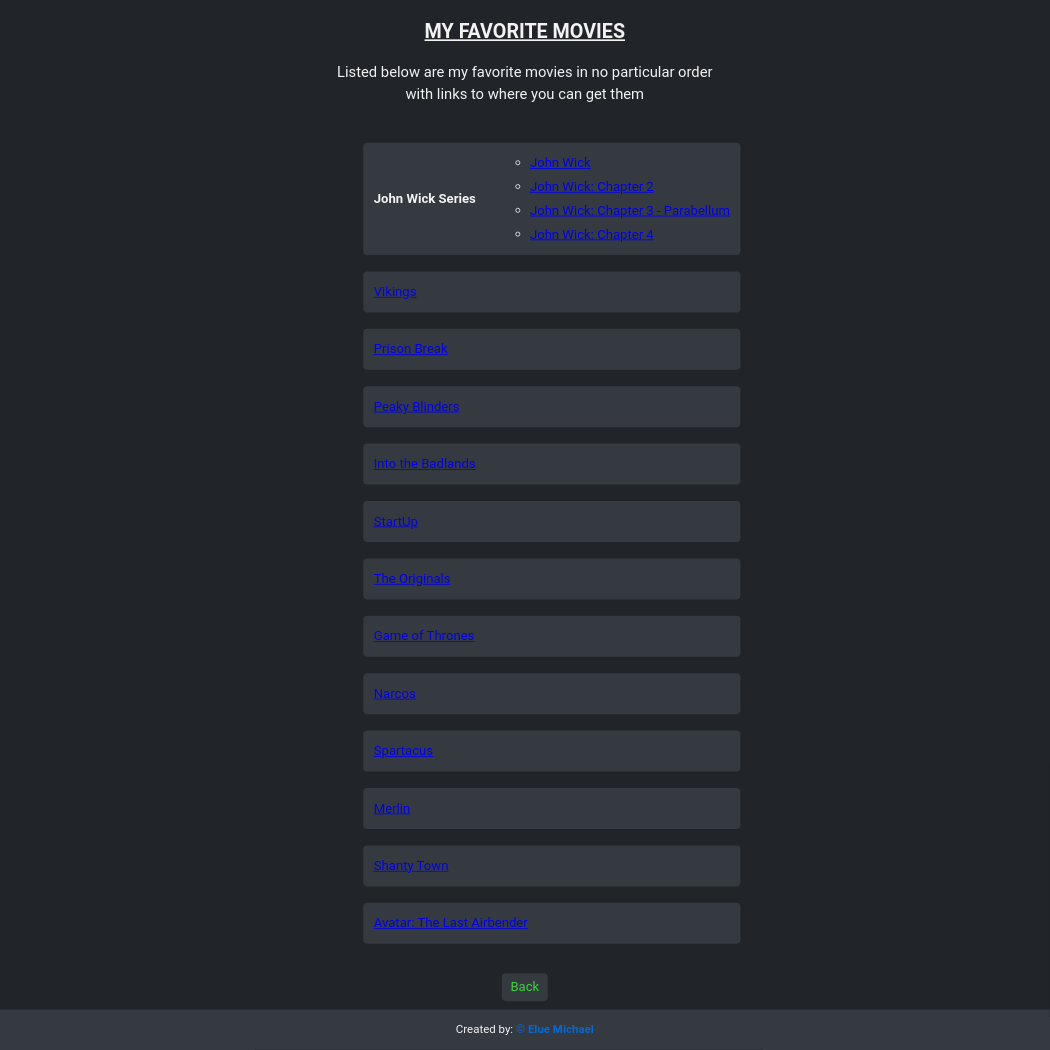
Repository: MikkyPrestige/html-website
Page: pages/movies.html
These files come from the project's save history. The page is drawn as it stood at one moment and after the next save; the edit follows.
The browser window is 1280 px wide. The pictures show the whole page, at 82% of full size.

Above is the page before, as saved 2023-04-29 14:02:11.

### pages/movies.html
<!DOCTYPE html>
<html lang="en">

<head>
  <meta charset="UTF-8">
  <meta http-equiv="X-UA-Compatible" content="IE=edge">
  <meta name="viewport" content="width=device-width, initial-scale=1.0">
  <title>Movies</title>
  <link rel="stylesheet" href="../index.css">
</head>

<body>
  <main class="main">
    <section class="section">
      <div class="fav">
        <h1 class="fav-heading"><u>My Favorite Movies</u></h1>
        <p class="fav-subheading">Listed below are my favorite movies in no particular order with links to where you can
          get them</p>
      </div>
      <ul class="movie-lists">
        <li class="movie-list"><strong>John Wick Series</strong>
          <ul class="list--lists">
            <li class="list-item">
              <a href="https://www.imdb.com/title/tt2911666/?ref_=fn_al_tt_2" target="_blank" class="movie-link">John
                Wick</a>
            </li>
            <li class="list-item">
              <a href="https://www.imdb.com/title/tt4425200/?ref_=fn_al_tt_3" target="_blank" class="movie-link">John
                Wick: Chapter 2</a>
            </li>
            <li class="list-item">
              <a href="https://www.imdb.com/title/tt6146586/?ref_=fn_al_tt_4" target="_blank" class="movie-link">John
                Wick: Chapter 3 -
                Parabellum</a>
            </li>
            <li class="list-item">
              <a href="https://www.imdb.com/title/tt10366206/?ref_=fn_al_tt_1" target="_blank" class="movie-link">John
                Wick: Chapter 4</a>
            </li>
          </ul>
        </li>
        <li class="movie-list">
          <a href="https://www.imdb.com/title/tt4620502/?ref_=ttpl_ov" target="_blank" class="movie-link">Vikings</a>
        </li>
        <li class="movie-list">
          <a href="https://www.imdb.com/title/tt0455275/?ref_=fn_al_tt_1" target="_blank" class="movie-link">Prison
            Break</a>
        </li>
        <li class="movie-list">
          <a href="https://www.imdb.com/title/tt2442560/?ref_=tt_sims_tt_i_1" target="_blank" class="movie-link">Peaky
            Blinders</a>
        </li>
        <li class="movie-list">
          <a href="https://www.imdb.com/title/tt3865236/?ref_=nv_sr_srsg_1_tt_7_nm_0_q_into%2520the%2520bad"
            target="_blank" class="movie-link">Into the Badlands</a>
        </li>
        <li class="movie-list">
          <a href="https://www.imdb.com/title/tt5028002/?ref_=fn_al_tt_1" target="_blank" class="movie-link">StartUp</a>
        </li>
        <li class="movie-list">
          <a href="https://www.imdb.com/title/tt2632424/?ref_=tt_mv_close" target="_blank" class="movie-link">The
            Originals</a>
        </li>
        <li class="movie-list">
          <a href="https://www.imdb.com/title/tt0944947/?ref_=tt_sims_tt_i_4" target="_blank" class="movie-link">Game of
            Thrones</a>
        </li>
        <li class="movie-list">
          <a href="https://www.imdb.com/title/tt2707408/" target="_blank" class="movie-link">Narcos</a>
        </li>
        <li class="movie-list">
          <a href="https://www.imdb.com/title/tt1442449/?ref_=nv_sr_srsg_0_tt_7_nm_1_q_Spartacus" target="_blank"
            class="movie-link">Spartacus</a>
        </li>
        <li class="movie-list">
          <a href="https://www.imdb.com/title/tt1199099/?ref_=nv_sr_srsg_0_tt_2_nm_6_q_Merlin"
            target="_blank">Merlin</a>
        </li>
        <li class="movie-list">
        <a href="https://www.imdb.com/title/tt22099034/?ref_=nv_sr_srsg_0_tt_8_nm_0_q_shanty%2520town" target="_blank"
          class="movie-link">Shanty Town</a>
        </li>
        <li class="movie-list">
          <a href="https://www.imdb.com/title/tt0417299/?ref_=nv_sr_srsg_0_tt_7_nm_1_q_Avatar%2520the%2520last"
            target="_blank" class="movie-link">Avatar: The Last Airbender</a>
        </li>
      </ul>
      <div class="back">
        <a href="../index.html" class="back-link">Back</a>
      </div>
    </section>
    <footer class="footer">
      <p class="footer-text">Created by: <a href="#" target="_blank" class="footer-link">
          &copy; <strong>Elue Michael</strong>
        </a>
      </p>
    </footer>
  </main>
</body>

</html>

### index.css
body {
  background-color: #212529;
  font-family: 'Roboto', sans-serif;
  font-size: 16px;
  font-weight: 400;
  line-height: 1.5;
  color: #f3f3f3;
  text-align: left;
  margin: 0;
  padding: 0;
  width: 100%;
  height: 100vh;
}

.main {
  display: flex;
  flex-direction: column;
  justify-content: space-between;
  align-items: center;
  height: 100%;
}

.section {
  display: flex;
  flex-direction: column;
  justify-content: center;
  align-items: center;
  width: 100%;
}

.btn {
  background-color: #007bff;
  padding: 5px;
  border-radius: 5px;
  transition: all .15s ease-in-out;
  border: none;
  outline: none;
  margin: -20px 0 50px 0;
}

.btn:hover {
  background-color: #0069d9;
}

.btn-link {
  color: #f3f3f3;
  font-size: 14px;
  text-decoration: none;
  cursor: pointer;
}

.section1 {
  display: flex;
  flex-direction: column;
  justify-content: center;
  align-items: center;
}

.section1-header {
  font-size: 24px;
  font-weight: 700;
  margin-bottom: 5px;
  text-transform: uppercase;
}

.section1-content {
  display: flex;
  justify-content: space-around;
  align-items: center;
  width: 100%;
}

.section1-text {
  font-size: 18px;
  font-weight: 400;
}

.section1-link,
.section1-link:link,
.section1-link:visited {
  color: #0069d9;
  text-decoration: none;
  cursor: pointer;
}

.section1-link:hover {
  text-decoration: underline;
  color: #f3f3f3;
}

/* BOOKS CSS */
.fav {
  display: flex;
  flex-direction: column;
  justify-content: center;
  align-items: center;
}

.fav-heading {
  font-size: 24px;
  font-weight: 700;
  margin-bottom: 0px;
  text-transform: uppercase;
}

.fav-subheading {
  font-size: 18px;
  font-weight: 400;
  margin-bottom: 30px;
  width: 65%;
  text-align: center;
}

.books-lists {
  display: flex;
  flex-direction: column;
  justify-content: center;
  align-items: center;
  gap: 20px;
  list-style: none;
}

.books-item {
  width: 100%;
  max-width: 500px;
  padding: 13px;
  border-radius: 5px;
  background-color: #343a40;
}

.books-item:hover {
  background-color: #212529;
}

.books-link,
.books-link:link,
.books-link:visited {
  color: #f3f3f3;
  text-decoration: none;
  cursor: pointer;
}

.books-link:hover {
  text-decoration: underline;
}

.movie-lists {
  display: flex;
  flex-direction: column;
  justify-content: center;
  gap: 20px;
  list-style: none;
}

.movie-list {
  display: flex;
  justify-content: space-between;
  align-items: center;
  width: 100%;
  max-width: 500px;
  padding: 13px;
  border-radius: 5px;
  background-color: #343a40;
}

.list--lists {
  display: flex;
  flex-direction: column;
  justify-content: center;
  gap: 5px;
}









.back {
  margin: 20px 0 10px 0;
  padding: 5px 10px;
  border-radius: 5px;
  background-color: #343a40;
}

.back:hover {
  background-color: #212529;
}

.back-link {
  color: #3dd638;
  text-decoration: none;
  cursor: pointer;
}

.back-link:hover {
  text-decoration: underline;
}

.footer {
  display: flex;
  justify-content: center;
  align-items: center;
  width: 100%;
  height: 50px;
  background-color: #343a40;
}

.footer-text {
  font-size: 14px;
  font-weight: 400;
  color: #f3f3f3;
}

.footer-link {
  color: #0069d9;
  text-decoration: none;
  cursor: pointer;
}

After the next save:
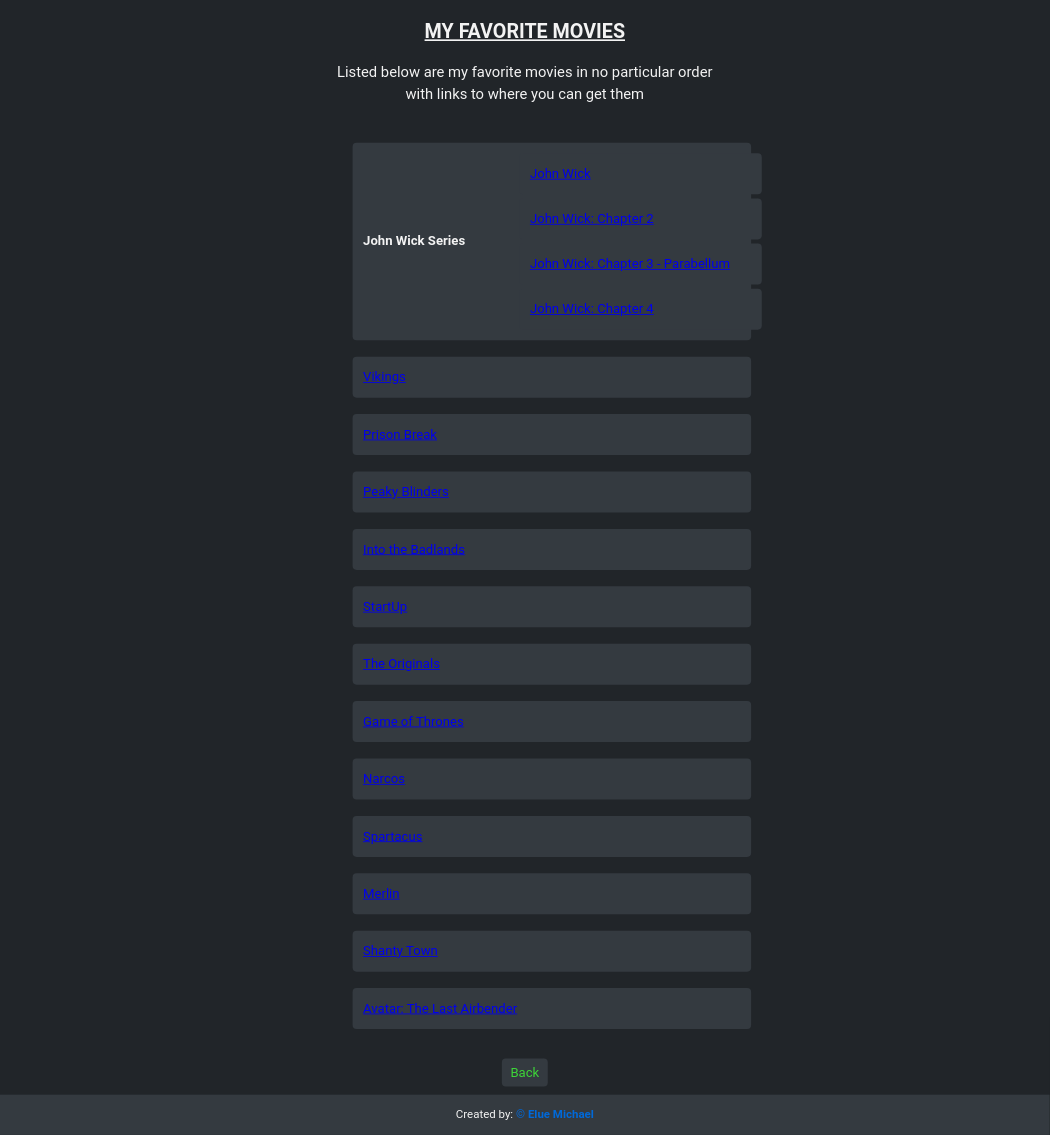
Saved 19 s later.
--- a/index.css
+++ b/index.css
@@ -170,6 +170,16 @@
   gap: 5px;
 }
 
+.list-item {
+  display: flex;
+  justify-content: space-between;
+  align-items: center;
+  width: 100%;
+  max-width: 500px;
+  padding: 13px;
+  border-radius: 5px;
+  background-color: #343a40;
+}
 
 
 

After the 2 saves that followed:
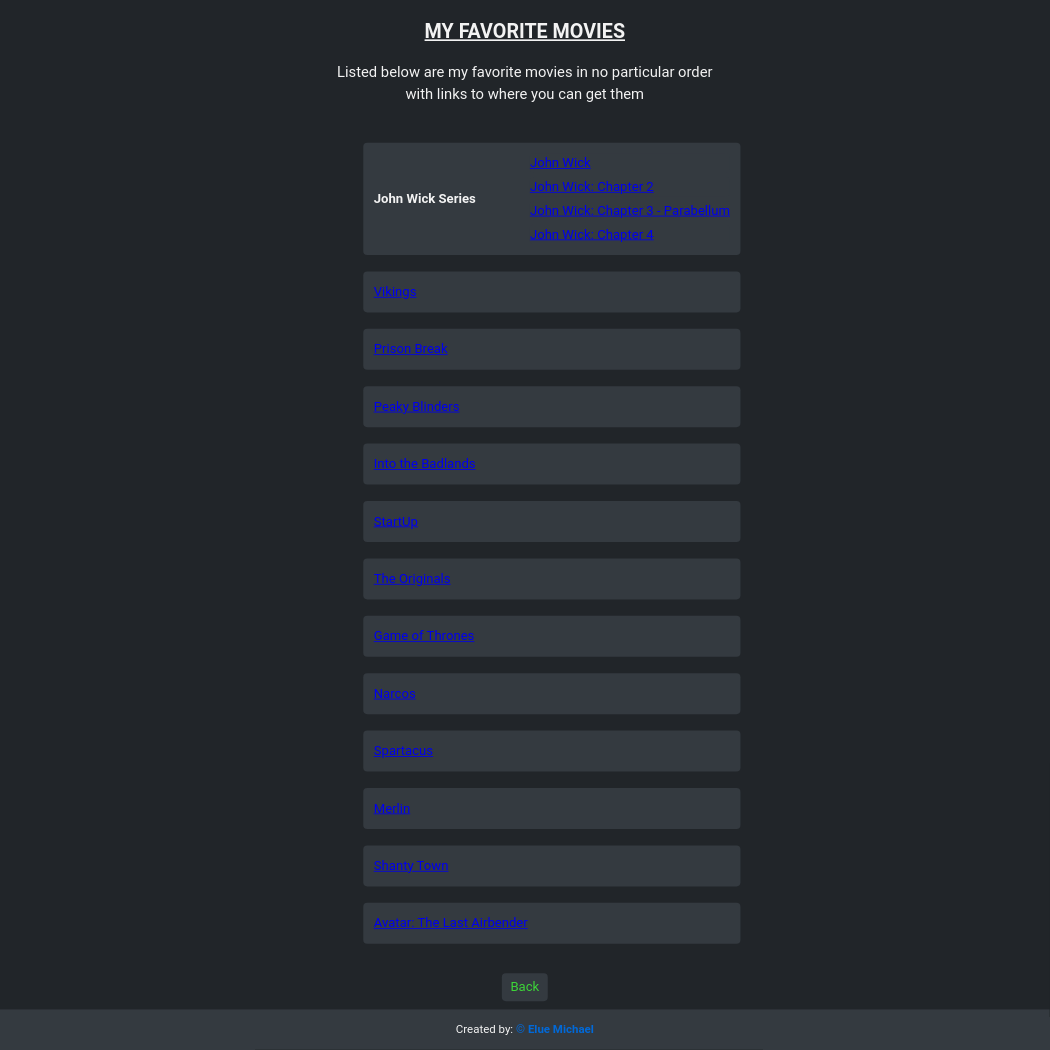
The 2 saves are shown as one change because 1 left the picture as it was.
The last was saved 19 s later.
--- a/index.css
+++ b/index.css
@@ -175,8 +175,6 @@
   justify-content: space-between;
   align-items: center;
   width: 100%;
-  max-width: 500px;
-  padding: 13px;
   border-radius: 5px;
   background-color: #343a40;
 }
